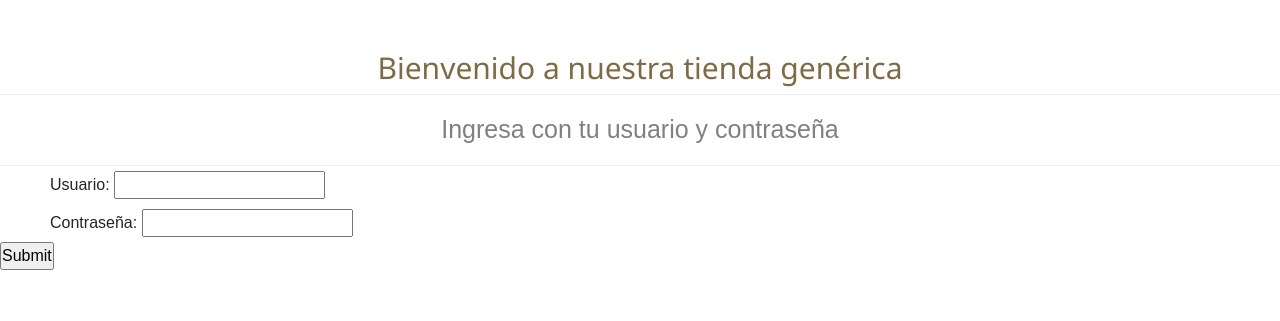
Repository: andresrojas686/tiendaGenericaMintic
Page: primerJSP/src/main/webapp/index.html
The author's editor kept a copy of each file at every save. The page is drawn from the files as they stood at one save, then again after the next save.
The browser window is 1280 px wide. The pictures show the whole page.

Above is the page before, as saved 2021-09-15 01:22:41.

After the next save:
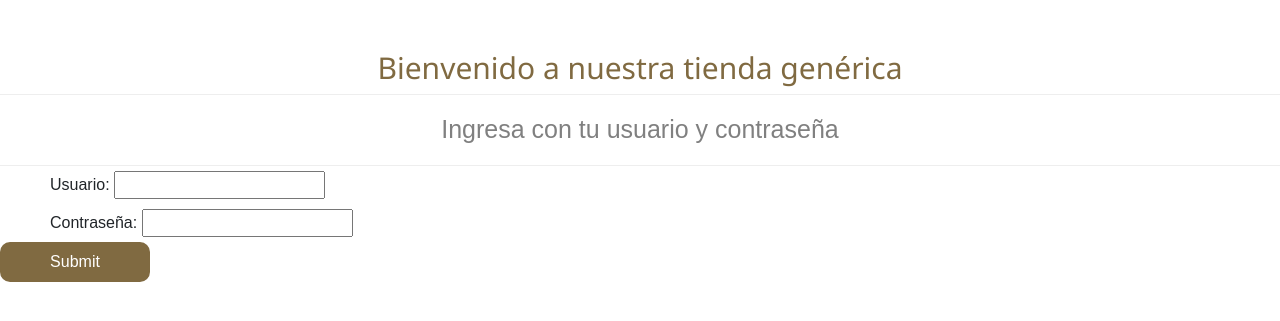
Saved 14 h 2 min later.
--- a/primerJSP/src/main/webapp/index.html
+++ b/primerJSP/src/main/webapp/index.html
@@ -21,7 +21,7 @@
 			<input type="password" name="pass">
 		</div>
 		<div>
-			<input type="submit">
+			<input type="submit" class="botones-usuario">
 		</div>
 	</form>
 </body>
